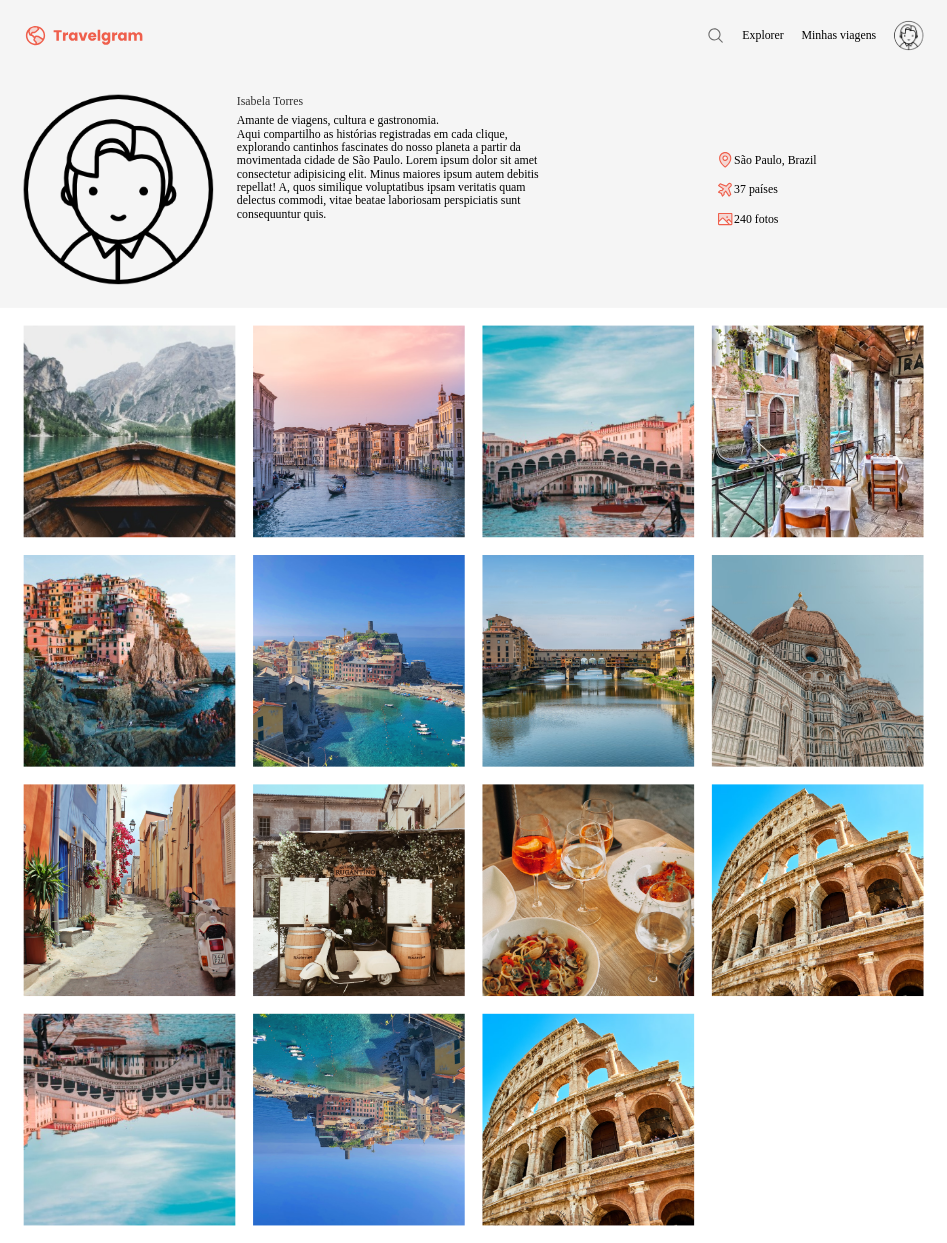
Repository: JeffRodFer/projeto-Travelgran-Rockeseat
Page: index.html
These files come from the project's save history. The page is drawn as it stood at one moment and after the next save; the edit follows.
The browser window is 1280 px wide. The pictures show the whole page, at 74% of full size.

Above is the page before, as saved 2025-03-22 16:55:30.

After the next save:
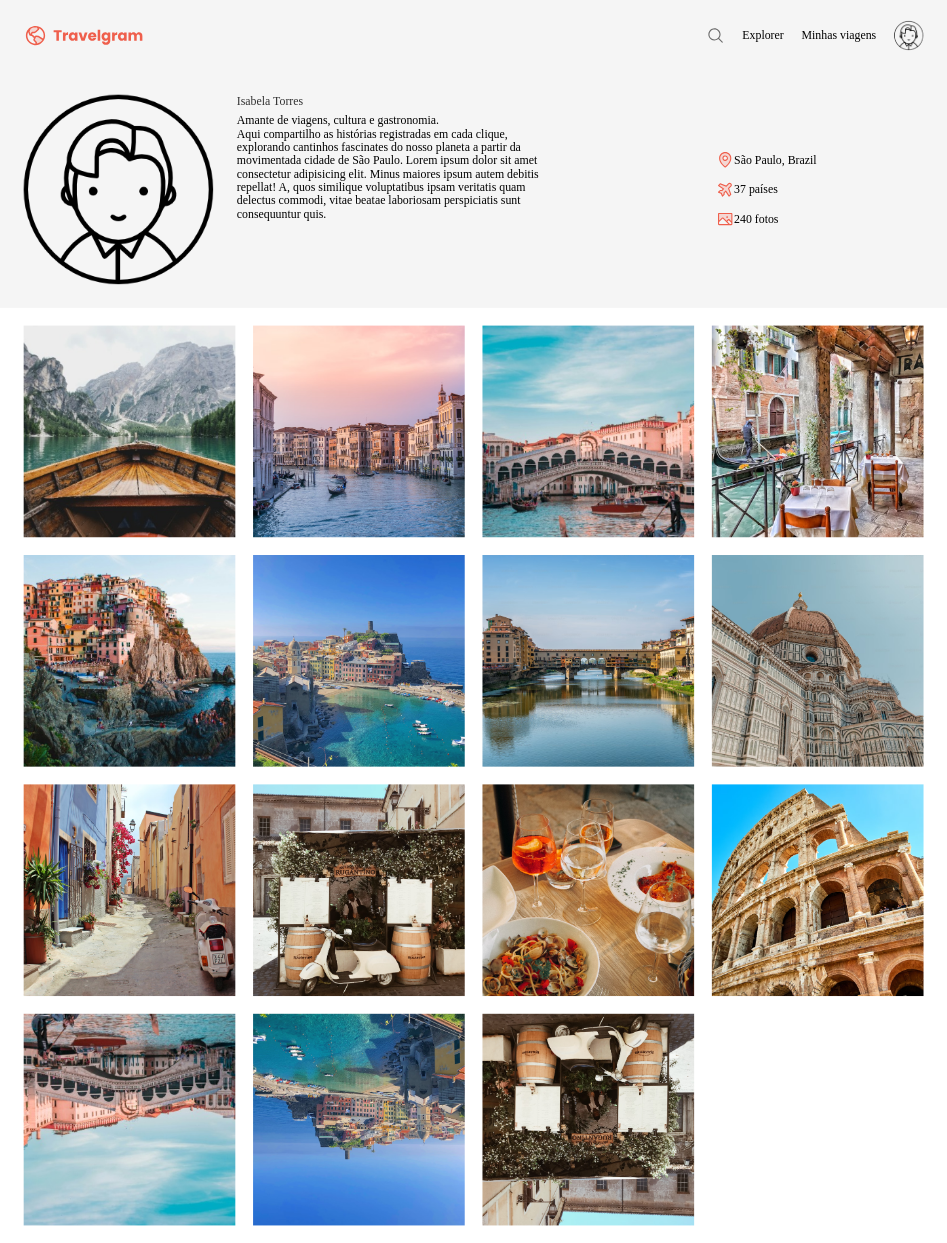
Saved 4 s later.
--- a/index.html
+++ b/index.html
@@ -76,7 +76,7 @@
             <img src="assets/images/Image 12.png" alt="...">
             <img src="assets/images/Image 13.png" alt="...">
             <img src="assets/images/Image 14.png" alt="...">
-            <img src="assets/images/Image 12.png" alt="...">
+            <img src="assets/images/Image 15.png" alt="...">
         </main>
     </body>
 
